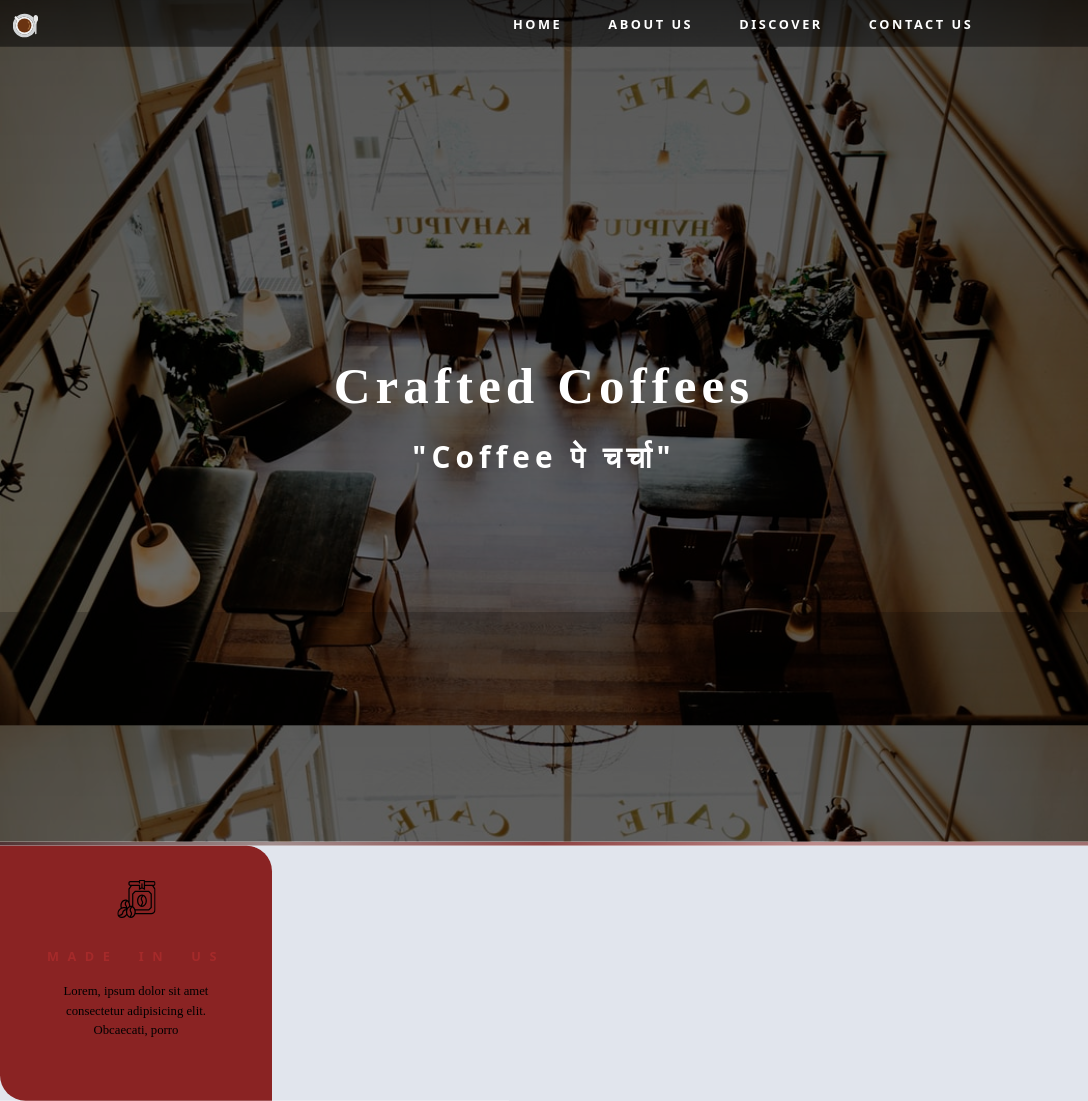
Repository: Aditya0377/Assignments
Page: Assignment/coffee/index.html
These files come from the project's save history. The page is drawn as it stood at one moment and after the next save; the edit follows.
The browser window is 1280 px wide. The pictures show the whole page, at 85% of full size.
The pointer rests on the first visible `.onecont`.
Backgrounds fixed to the window are drawn as part of the page. Some web libraries are served in a nearby version.

Above is the page before, as saved 2024-02-02 14:36:25.

After the next save:
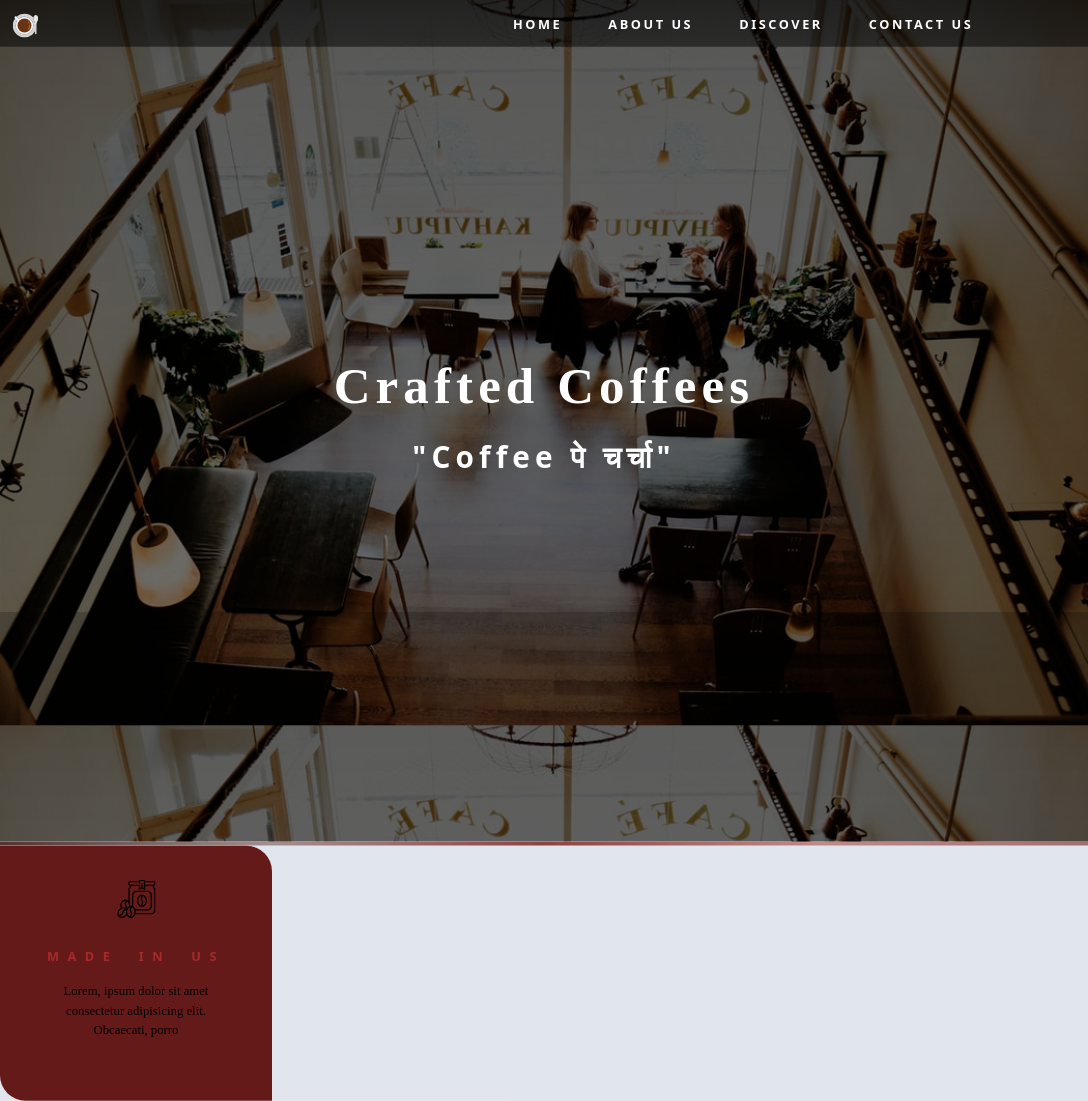
Saved 12 s later.
--- a/Assignment/coffee/coffee.css
+++ b/Assignment/coffee/coffee.css
@@ -150,6 +150,6 @@ a {
 }
 
 .onecont:hover {
-    background-color: rgb(138, 35, 35);
+    background-color: rgb(101, 26, 26);
     border-radius: 0px 30px 0px 30px;
 }
